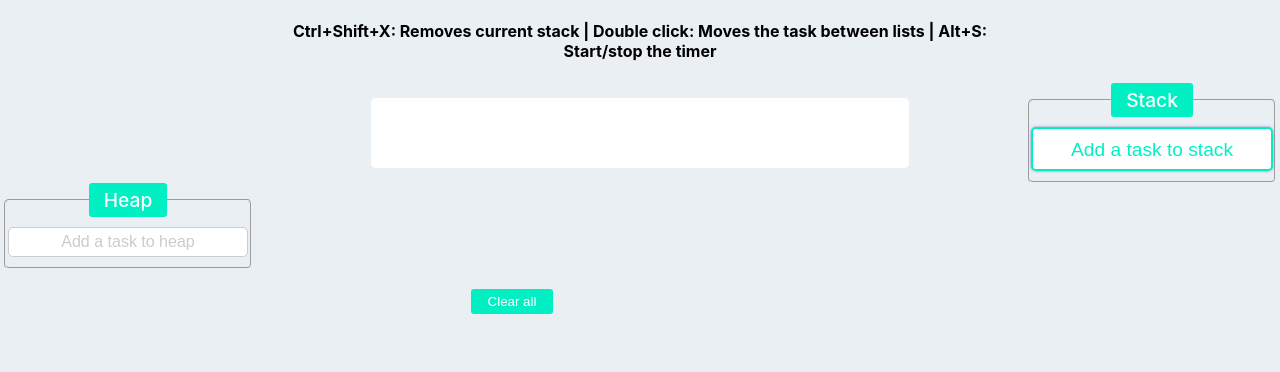
Repository: litalsh/meeting_v1
Page: /
The author's editor kept a copy of each file at every save. The page is drawn from the files as they stood at one save, then again after the next save.
The browser window is 1280 px wide. The pictures show the whole page.
The project was rebuilt for these pictures with package versions that can differ from the ones it lists, and the page was loaded fresh each time. Also part of the build but not shown: src/Task.js.

Above is the page before, as saved 2020-12-13 19:11:50.

### public/index.html
<!DOCTYPE html>
<html lang="en">
  <head>
    <meta charset="utf-8" />
    <meta name="viewport" content="width=device-width, initial-scale=1" />
    <meta name="theme-color" content="#000000" />
    <meta
      name="description"
      content="Web site created using create-react-app"
    />
    <link rel="apple-touch-icon" href="%PUBLIC_URL%/logo192.png" />
    <!--
      manifest.json provides metadata used when your web app is installed on a
      user's mobile device or desktop. See https://developers.google.com/web/fundamentals/web-app-manifest/
    -->
    <link rel="manifest" href="%PUBLIC_URL%/manifest.json" />
    <!--
      Notice the use of %PUBLIC_URL% in the tags above.
      It will be replaced with the URL of the `public` folder during the build.
      Only files inside the `public` folder can be referenced from the HTML.

      Unlike "/favicon.ico" or "favicon.ico", "%PUBLIC_URL%/favicon.ico" will
      work correctly both with client-side routing and a non-root public URL.
      Learn how to configure a non-root public URL by running `npm run build`.
    -->
    <title>Meeting Managment App</title>
  </head>
  <body>
    <noscript>You need to enable JavaScript to run this app.</noscript>
    <div id="root"></div>
    <!--
      This HTML file is a template.
      If you open it directly in the browser, you will see an empty page.

      You can add webfonts, meta tags, or analytics to this file.
      The build step will place the bundled scripts into the <body> tag.

      To begin the development, run `npm start` or `yarn start`.
      To create a production bundle, use `npm run build` or `yarn build`.
    -->
  </body>
</html>

### src/App.js
import React, { useState, useEffect } from "react";
import "./App.css";
import { v4 as uuidv4 } from "uuid";
import Task from "./Task";
import useLocalStorage from './useLocalStorage';

const App = () => {
  const [stack, setStack] = useLocalStorage('stack', []);
  const [heap, setHeap] = useLocalStorage('heap', []);
  const [timer, setTimer] = useState(stack[0] !== undefined ? stack[stack.length - 1].duration * 60 : 0);
  const [isRunning, setIsRunning] = useState(false);

  const newTaskHandler = (event) => {
    if (event.which === 13 && event.target.value !== '') {
      setStack([
        ...stack,
        { id: uuidv4(), type: 'stack', topic: event.target.value, duration: 5 , isDone: false }
      ]);
      event.target.value = '';
    };
  };

  const newHeapHandler = (event) => {
    if (event.which === 13 && event.target.value !== '') {
      setHeap([
        ...heap,
        { id: uuidv4(), type: 'heap', topic: event.target.value, duration: 5, isDone: false }
      ]);
      event.target.value = '';
    };
  };

  const taskRemoveHandler = (id, type) => {
    if(type === 'stack'){
    const taskIndex = stack.findIndex(task => {
      return task.id === id;
    });

    let tempList = [...stack];
    tempList.splice(tempList[taskIndex], 1);
    setStack(tempList);
    if(taskIndex === stack.length - 1 ){
      setIsRunning(false);
      setTimer(stack[stack.length - 1].duration * 60);
    }
  };
    if(type === 'heap'){
      const taskIndex = heap.findIndex(task => {
        return task.id === id;
      });

      let tempList = [...heap];
      tempList.splice(tempList[taskIndex], 1);
      setHeap(tempList)
    };
    return console.log('taskRmoveHandler: ', stack);

  }

  const keyboardRemoveHandler = (e) => {

    if (e.ctrlKey && e.shiftKey && e.which === 88) {
      let tempStack = [...stack];
      tempStack.splice(tempStack.length - 1, 1);
      setStack(tempStack);
      setIsRunning(false);
      setTimer(stack[stack.length - 1].duration * 60);
    }
  }

  const keyboardStartTimerHandler = (e) => {
    if (e.altKey && e.which === 83) {
      !isRunning ? setIsRunning(true) : setIsRunning(false) ;
    }
  }

  useEffect(() => {
    if (document){
      document.addEventListener('keydown', keyboardRemoveHandler);
    }
    return () => {
      document.removeEventListener('keydown', keyboardRemoveHandler);
    }
  }, [stack]);

  useEffect(() => {
    if (document){
      document.addEventListener('keydown', keyboardStartTimerHandler);
      if(isRunning) {
        const id = window.setInterval(() => {
          setTimer(timer => timer-1);
        }, 1000);
        return () => window.clearInterval(id);
      }
    }
    return () => {
      document.removeEventListener('keydown', keyboardStartTimerHandler);
    }
  }, [isRunning])

  // const keyboardCangeListHandler = (e, id, type) => {

  //   if (e.ctrlKey && e.which === 77) {
  //     changeListHandler(id, type);
  //   }
  // }

  const changeListHandler = (id, type) => {
    // move task from stack to heap
    if (type === 'stack') {
      const taskIndex = stack.findIndex(task => {
        return task.id === id;
      });
      setHeap([...heap, { id: stack[taskIndex].id, type: 'heap', topic: stack[taskIndex].topic, duration: stack[taskIndex].duration, isDone: false }]);

      let tempStack = [...stack];
      tempStack.splice(taskIndex, 1);
      setStack(tempStack);
      console.log('change to heap ', stack, '  ', heap)
    };

    // move task from heap to stack
    if (type === 'heap') {
      const taskIndex = heap.findIndex(task => {
        return task.id === id;
      });
      setStack([...stack, { id: heap[taskIndex].id, type: 'stack', topic: heap[taskIndex].topic, duration: heap[taskIndex].duration, isDone: false }]);

      let tempHeap = [...heap];
      tempHeap.splice(taskIndex, 1);
      setHeap(tempHeap);
      console.log('change to stack ', stack, '  ', heap)
    };
  }

  const clearListsHandler = () => {
    setHeap([]);
    setStack([]);
  }

  return (
    <div className="container">
      <h4>Ctrl+Shift+X: Removes current stack  |  Double click: Moves the task between lists  |  Alt+S: Start/stop the timer</h4>
      <div className="current-task">
       {stack[0] !== undefined ?  <span>{Math.floor(timer / 60)}:{Math.abs(timer % 60)}</span> : null}
        <h1>{stack[0] !== undefined ? stack[stack.length - 1].topic : null}</h1>
      </div>
      <fieldset className="task-list stack-list">
      <legend>Stack</legend>
        <ul>
          <>
            {console.log('1', stack)}
            {stack[0] !== undefined ? stack.map((task, id) => (
              <Task title={task.topic}
                key={id}
                remove={() => taskRemoveHandler(task.id, task.type)}
                move={() => changeListHandler(task.id, task.type)}
                class={"stack_item"}
                 />
            )) : null}
          </>
        </ul>
        <input type="text" placeholder="Add a task to stack" onKeyDown={newTaskHandler} className='stack-input'  autoFocus aria-flowto='heap-input' />
      </fieldset>

      <fieldset className="task-list">
        <legend>Heap</legend>
        <input type="text" placeholder="Add a task to heap" onKeyDown={newHeapHandler} className='heap-input'  aria-flowto='stack-input' />
        <ul>
          <>
            {console.log('2', heap)}
            {heap[0] !== undefined ? heap.map((task, id) => (
              <Task title={task.topic}
                key={id}
                remove={() => taskRemoveHandler(task.id, task.type)}
                move={() => changeListHandler(task.id, task.type)}
                class={"heap_item"}/>
            )) : null}
          </>
        </ul>
      </fieldset>
      <button className='clear-btn' onClick={() => clearListsHandler()}>Clear all</button>
    </div>
  );
};

export default App;

### src/App.css
body{
 background-color:  #eaeff4;
}

h4 {
  text-align: center;
  grid-column: 2/5;
}

.container {
  display: grid;
  grid-template-columns: 20% 20% 20% 20% 20%;
}

.current-task {
  text-align: center;
  height: 70px;
  grid-column: 2/5;
  width: 70%;
  background: #fff;
  margin: 15px auto;
  border-radius: 5px;
  display: flex;
  align-items: center;
  flex-direction: column;
  justify-content: center;
}

.task-list {
  display: flex;
  flex-direction: column;
  align-self: start;
  border-radius: 5px;
  min-height: 4rem;
  padding: 5px 0;
  width: 95%;
  margin: 0 auto;
 }

 .stack-list ul {
   display: flex;
   flex-direction: column-reverse;
 }

 .heap-list ul {
  display: flex;
  flex-direction: row;
  flex-flow: wrap;
  justify-content: space-evenly;
 }

 legend {
  margin: 0 auto;
  font-size: 1.2rem;
  font-weight: 500;
  background-color: #00f0c4;
  padding: 5px 15px;
  color: #fff;
  border-radius: 3px;
 }

ul {
  list-style-type: none;
  margin: 0;
  padding: 0;
}

li {
  border: 1px solid AliceBlue;
  width: 70%;
  line-height: 40px;
  margin: -1px auto;
  position: relative;
  background-color: #fff;
  cursor: pointer;
}

.stack_item {
  width: 98%;
  line-height: 40px;
  margin: 3px auto;
  position: relative;
  text-align: center;
  border-radius: 5px;
}

.heap_item {
  width: 20%;
  line-height: 1.8em;
  margin: 3px auto;
  position: relative;
  text-align: center;
  border-radius: 5px;
  font-size: 1rem;
}

.stack-input {
  border: 2px solid #00f0c4;
  width: 98%;
  line-height: 40px;
  margin: 5px auto;
  position: relative;
  text-align: center;
  border-radius: 5px;
  font-size: 1.3rem;
  padding: 0;
}

.heap-input {
  border: 1px solid #ccc;
  width: 98%;
  line-height: 1.8em;
  margin: 5px auto;
  position: relative;
  text-align: center;
  border-radius: 5px;
  font-size: 1rem;
  padding: 0;
}

.stack-input::placeholder{
  color: #00f0c4;
  font-size: 1.2rem;
}

.heap-input::placeholder{
  color: #ccc;
  font-size: 1rem;
}

.stack-input:focus {
  outline: none !important;
  border: 2px solid #00f0c4;
  box-shadow: 0 0 3px #719ECE;
}

.remove {
  width: 1.5vw;
  height: 1.5vw;
  position: absolute;
  top: 50%;
  right: 10px;
  transform: translateY(-50%);
  border-radius: 50%;
  border: none;
  font-weight: bold;
  color: gray;
  cursor: pointer;
  font-size: 0.8rem;
}

.clear-btn {
  display: flex;
  grid-column: 1/5;
  width: 8%;
  margin: 20px auto;
  justify-content: center;
  border: none;
  background-color: #00f0c4;
  padding: 5px 15px;
  color: #fff;
  border-radius: 3px;
}

### src/useLocalStorage.js
import React, { useState, useEffect } from "react";

const PREFIX = 'meeting-manament-';


const useLocalStorage = (key, initialValue) => {
  const prefixedKey = PREFIX + key
  const [value, setValue] = useState(() => {
    const jsonValue = localStorage.getItem(prefixedKey)
    if (jsonValue != null) return JSON.parse(jsonValue)
    if (typeof initialValue === 'function') {
      return initialValue()
    } else {
      return initialValue
    }
  })

  useEffect(() => {
    localStorage.setItem(prefixedKey, JSON.stringify(value))
  }, [prefixedKey, value])

  return [value, setValue]
}


export default useLocalStorage;

Loaded but not shown: src/index.js (common file); src/index.css (common file); src/reportWebVitals.js (common file)

After the next save:
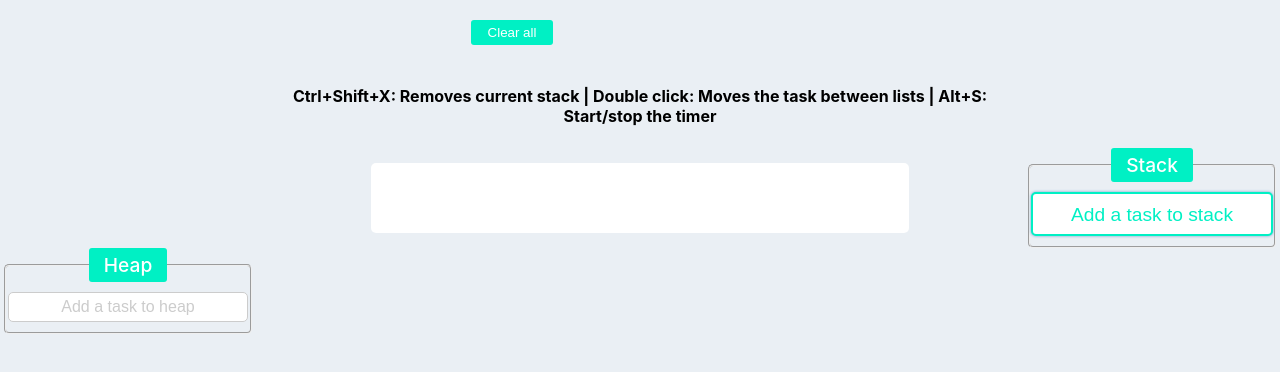
Saved 43 s later.
--- a/src/App.js
+++ b/src/App.js
@@ -140,6 +140,7 @@ const App = () => {
 
   return (
     <div className="container">
+      <button className='clear-btn' onClick={() => clearListsHandler()}>Clear all</button>
       <h4>Ctrl+Shift+X: Removes current stack  |  Double click: Moves the task between lists  |  Alt+S: Start/stop the timer</h4>
       <div className="current-task">
        {stack[0] !== undefined ?  <span>{Math.floor(timer / 60)}:{Math.abs(timer % 60)}</span> : null}
@@ -163,7 +164,7 @@ const App = () => {
         <input type="text" placeholder="Add a task to stack" onKeyDown={newTaskHandler} className='stack-input'  autoFocus aria-flowto='heap-input' />
       </fieldset>
 
-      <fieldset className="task-list">
+      <fieldset className="task-list heap-list">
         <legend>Heap</legend>
         <input type="text" placeholder="Add a task to heap" onKeyDown={newHeapHandler} className='heap-input'  aria-flowto='stack-input' />
         <ul>
@@ -179,7 +180,6 @@ const App = () => {
           </>
         </ul>
       </fieldset>
-      <button className='clear-btn' onClick={() => clearListsHandler()}>Clear all</button>
     </div>
   );
 };

After the save that followed:
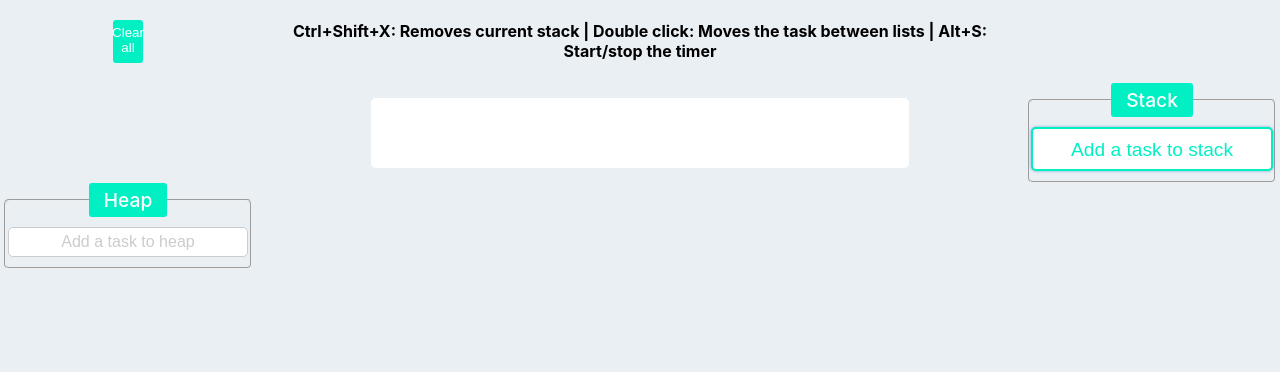
Saved 19 s later.
--- a/src/App.css
+++ b/src/App.css
@@ -151,7 +151,7 @@ li {
 
 .clear-btn {
   display: flex;
-  grid-column: 1/5;
+  grid-column: 1/2;
   width: 8%;
   margin: 20px auto;
   justify-content: center;
